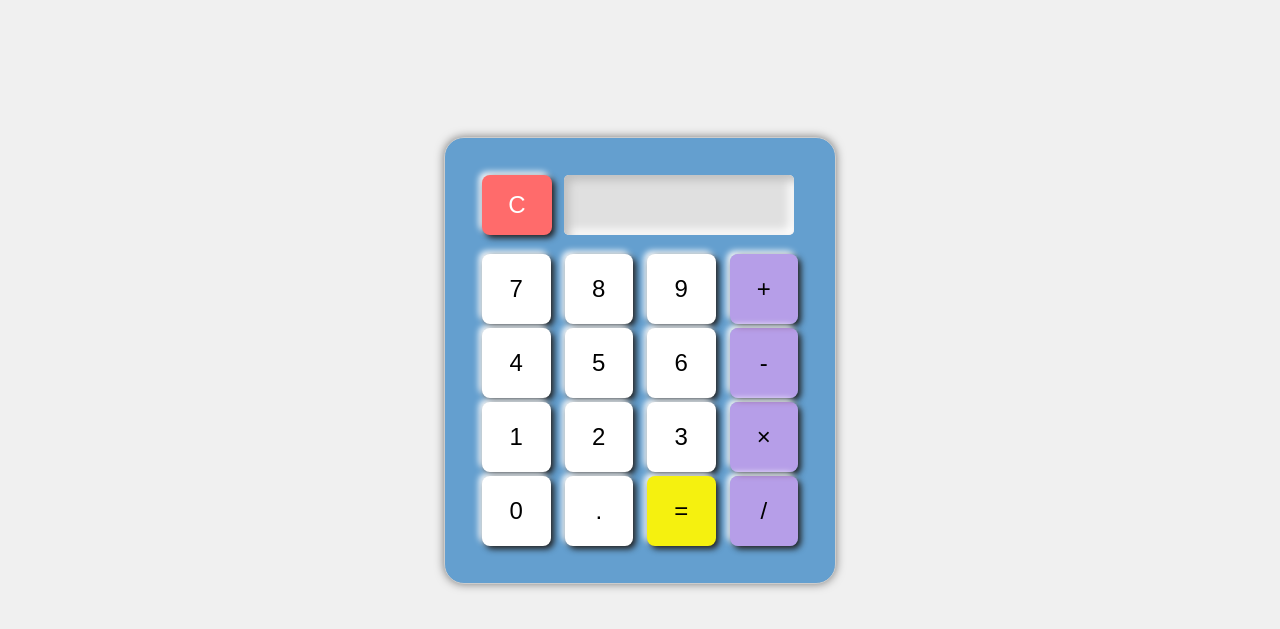
Repository: Burnmyheart/calculator
Page: index.html
The author's editor kept a copy of each file at every save. The page is drawn from the files as they stood at one save, then again after the next save.
The browser window is 1280 px wide. The pictures show the whole page.

Above is the page before, as saved 2025-04-29 00:15:05.

### index.html
<!DOCTYPE html>
<html lang="en">
  <head>
    <meta charset="UTF-8" />
    <meta name="viewport" content="width=device-width, initial-scale=1.0" />
    <title>Калькулятор</title>
    <link rel="stylesheet" href="style.css" />
  </head>
  <body>
    <div class="calculator">
      <!-- Поле вывода и кнопка сброса -->
      <div class="display-container">
        <button class="clear" onclick="clearDisplay()">C</button>
        <input class="input" type="text" id="display" readonly />
      </div>

      <!-- Кнопки калькулятора -->
      <div>
        <button onclick="addNumber('7')">7</button>
        <button onclick="addNumber('8')">8</button>
        <button onclick="addNumber('9')">9</button>
        <button class="operation" onclick="addOperation('+')">+</button>
      </div>
      <div>
        <button onclick="addNumber('4')">4</button>
        <button onclick="addNumber('5')">5</button>
        <button onclick="addNumber('6')">6</button>
        <button class="operation" onclick="addOperation('-')">-</button>
      </div>
      <div>
        <button onclick="addNumber('1')">1</button>
        <button onclick="addNumber('2')">2</button>
        <button onclick="addNumber('3')">3</button>
        <button class="operation" onclick="addOperation('*')">×</button>
      </div>
      <div>
        <button onclick="addNumber('0')">0</button>
        <button onclick="addNumber('.')">.</button>
        <button class="calculate" onclick="calculate()">=</button>
        <button class="operation" onclick="addOperation('/')">/</button>
      </div>
    </div>

    <script src="calculator.js"></script>
  </body>
</html>

### style.css
/* Базовые стили для читаемости */
body {
  display: flex;
  justify-content: center;
  align-items: center;
  min-height: 100vh;
  margin: 0;
  background-color: #f0f0f0;
}

.calculator {
  background-color: #649fcf;
  padding: 35px;
  border: 1px solid #ccc;
  border-radius: 20px;
  width: 320px;
  box-shadow: 0 0 10px 0 rgba(0, 0, 0, 0.5);
}

input {
  border-radius: 10px;
  background: #e0e0e0;
  box-shadow: inset 5px 5px 10px #bebebe, inset -5px -5px 10px #ffffff;
}

.display-container {
  margin-bottom: 15px;
  display: flex;
  align-items: center;
  gap: 10px;
}

#display {
  width: 200px;
  height: 50px;
  padding: 5px 15px;
  text-align: right;
  font-size: 24px;
  border-radius: 5px;
  border: none;
}

.calculator > div:not(.display-container) {
  display: flex;
  justify-content: center;
  gap: 10px;
}

button {
  width: 70px;
  height: 70px;
  margin: 2px;
  border: none;
  background-color: white;
  border-radius: 8px;
  font-size: 24px;
  cursor: pointer;
  transition: all 0.2s ease;
  box-shadow: 3px 3px 6px #1d1d1d, -3px -3px 6px #fff;
}
button:hover {
  transform: scale(1.1);
  box-shadow: 0 0 10px rgba(0, 0, 0, 0.2);
}

.clear {
  background-color: #ff6b6b;
  color: white;
  height: 60px;
}
.clear:hover {
  background-color: #ff5252;
}
.calculate {
  background-color: #f5f10f;
}
.calculate:hover {
  background-color: #e6e200;
}
.operation {
  background-color: #ef9efa98;
}
.operation:hover {
  background-color: #ef9efa;
}

### calculator.js
// Получаем элемент дисплея
const display = document.getElementById("display");

// Переменные для хранения данных
let firstNumber = "";
let operator = "";
let newNumber = false;

// Добавление цифры
function addNumber(num) {
  if (newNumber) {
    display.value = num;
    newNumber = false;
  } else {
    display.value += num;
  }
}

// Добавление операции
function addOperation(op) {
  if (display.value !== "") {
    firstNumber = display.value;
    operator = op;
    newNumber = true;
  }
}

// Вычисление результата
function calculate() {
  if (firstNumber && operator && display.value) {
    let result;
    let a = parseFloat(firstNumber);
    let b = parseFloat(display.value);

    switch (operator) {
      case "+":
        result = a + b;
        break;
      case "-":
        result = a - b;
        break;
      case "*":
        result = a * b;
        break;
      case "/":
        if (b === 0) {
          result = "Ошибка";
        } else {
          result = a / b;
        }
        break;
    }

    display.value = result;
    firstNumber = "";
    operator = "";
    newNumber = true;
  }
}

// Очистка дисплея
function clearDisplay() {
  display.value = "";
  firstNumber = "";
  operator = "";
  newNumber = false;
}

document.addEventListener("keydown", function (event) {
  if (/[0-9.]/.test(event.key)) {
    addNumber(event.key);
  } else if (["+", "-", "*", "/"].includes(event.key)) {
    addOperation(event.key);
  } else if (event.key === "=" || event.key === "Enter") {
    calculate();
  } else if (event.key === "Escape" || event.key === "Delete") {
    clearDisplay();
  } else if (event.key === "Backspace") {
    display.value = display.value.slice(0, -1);
  }
});

After the next save:
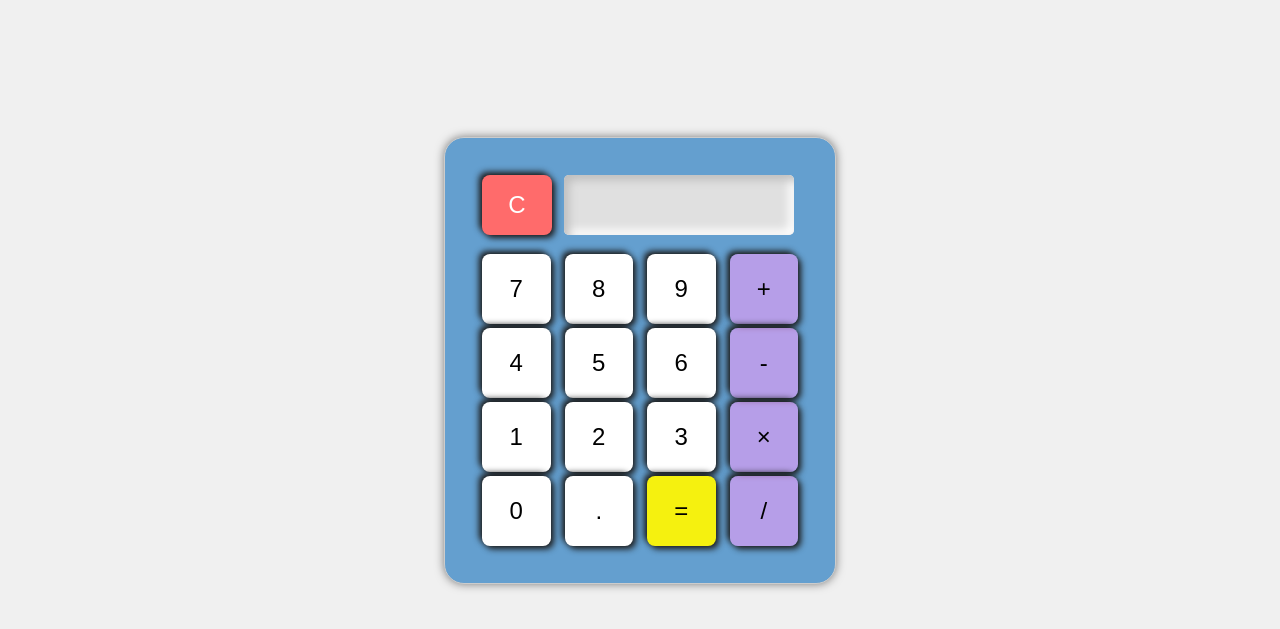
Saved 7 s later.
--- a/style.css
+++ b/style.css
@@ -56,7 +56,7 @@ button {
   font-size: 24px;
   cursor: pointer;
   transition: all 0.2s ease;
-  box-shadow: 3px 3px 6px #1d1d1d, -3px -3px 6px #fff;
+  box-shadow: 3px 3px 6px #1d1d1d, -3px -3px 6px #1d1d1d;
 }
 button:hover {
   transform: scale(1.1);
